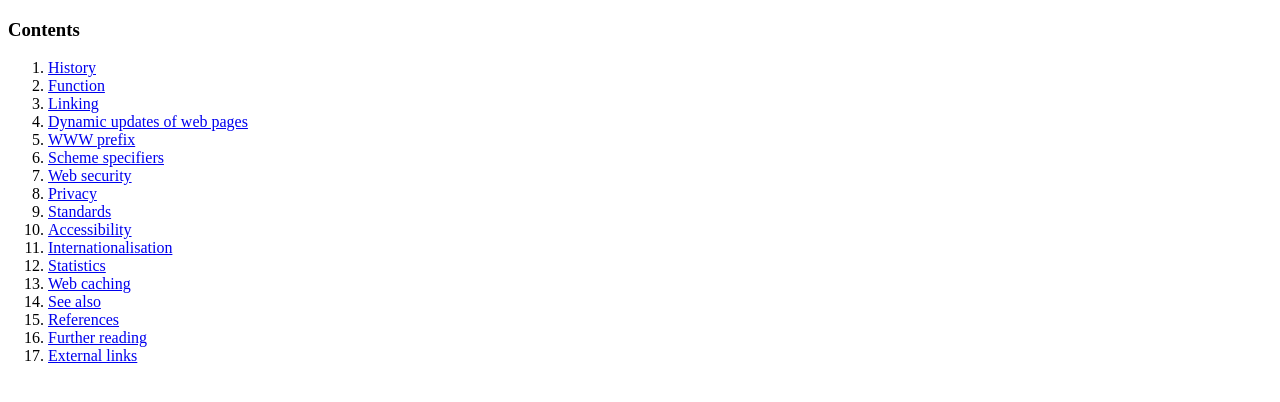
Repository: guchengjie/Frontend-01-Template
Page: week09/html.html
The author's editor kept a copy of each file at every save. The page is drawn from the files as they stood at one save, then again after the next save.
The browser window is 1280 px wide. The pictures show the whole page.

Above is the page before, as saved 2020-06-06 20:11:50.

After the next save:
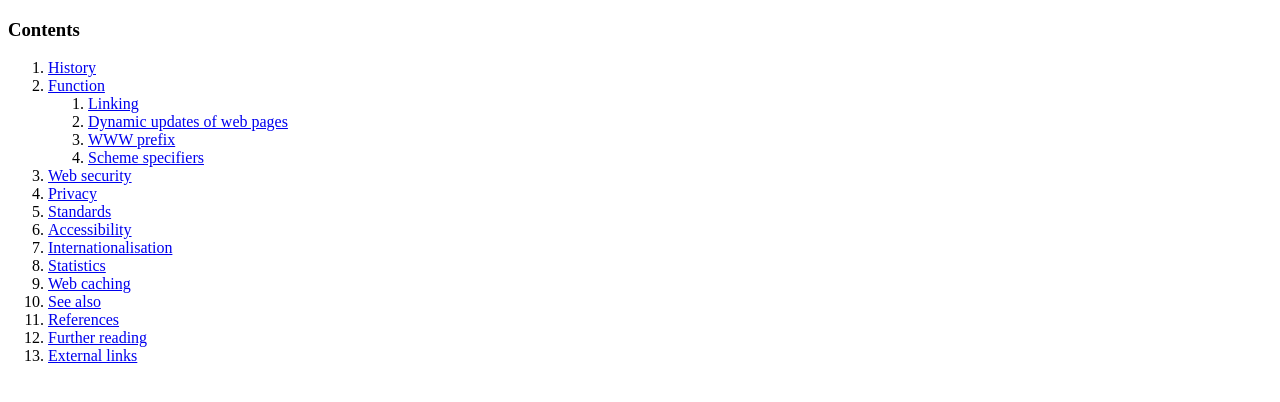
Saved 39 s later.
--- a/week09/html.html
+++ b/week09/html.html
@@ -12,11 +12,15 @@
     <h3>Contents</h3>
     <ol>
       <li><a href="#"> History</a></li>
-      <li><a href="#"> Function</a></li>
-      <li><a href="#"> Linking</a></li>
-      <li><a href="#"> Dynamic updates of web pages</a></li>
-      <li><a href="#"> WWW prefix</a></li>
-      <li><a href="#"> Scheme specifiers</a></li>
+      <li>
+        <a href="#"> Function</a>
+        <ol>
+          <li><a href="#"> Linking</a></li>
+          <li><a href="#"> Dynamic updates of web pages</a></li>
+          <li><a href="#"> WWW prefix</a></li>
+          <li><a href="#"> Scheme specifiers</a></li>
+        </ol>
+      </li>
       <li><a href="#"> Web security</a></li>
       <li><a href="#"> Privacy</a></li>
       <li><a href="#"> Standards</a></li>
